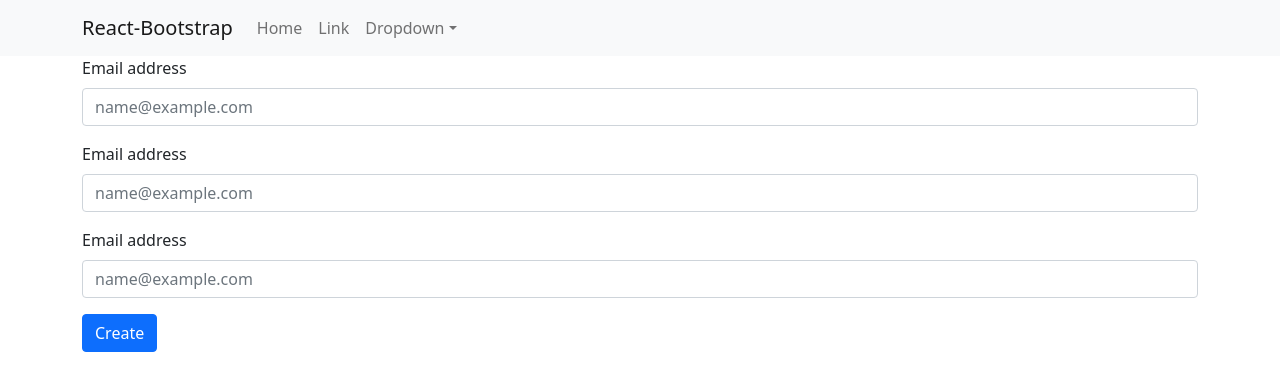
Repository: nnbxxx/-Redux-Ultimate---Redux
Page: /
An editor plug-in stored every save of this project. The page is shown before and after the next save, followed by the edit.
The browser window is 1280 px wide. The pictures show the whole page.
The page's requests for data from a server got no answer. The project was rebuilt for these pictures with package versions that can differ from the ones it lists, and the page was loaded fresh each time. No one was signed in, and anything a server would have sent is missing.

Above is the page before, as saved 2023-04-22 08:14:56.

After the next save:
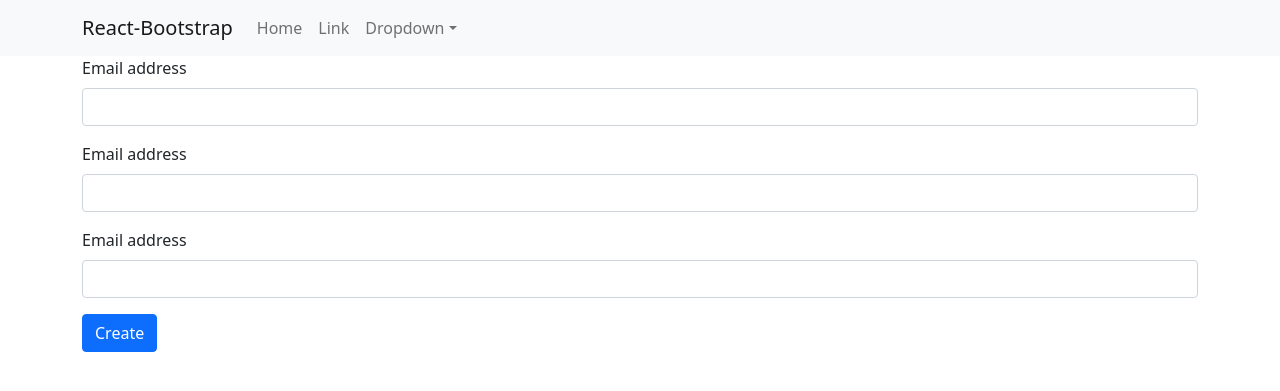
Saved 44 s later.
--- a/src/components/FormAddNew.js
+++ b/src/components/FormAddNew.js
@@ -7,17 +7,17 @@ const FormAddNew = (props) => {
     <>
       <Container>
         <Form>
-          <Form.Group className='mb-3' controlId='exampleForm.ControlInput1'>
+          <Form.Group className='mb-3'>
             <Form.Label>Email address</Form.Label>
-            <Form.Control type='email' placeholder='name@example.com' />
+            <Form.Control type='email' />
           </Form.Group>
-          <Form.Group className='mb-3' controlId='exampleForm.ControlInput1'>
+          <Form.Group className='mb-3'>
             <Form.Label>Email address</Form.Label>
-            <Form.Control type='email' placeholder='name@example.com' />
+            <Form.Control type='email' />
           </Form.Group>
-          <Form.Group className='mb-3' controlId='exampleForm.ControlInput1'>
+          <Form.Group className='mb-3'>
             <Form.Label>Email address</Form.Label>
-            <Form.Control type='email' placeholder='name@example.com' />
+            <Form.Control type='email' />
           </Form.Group>
         </Form>
         <Button variant='primary'>Create</Button>
